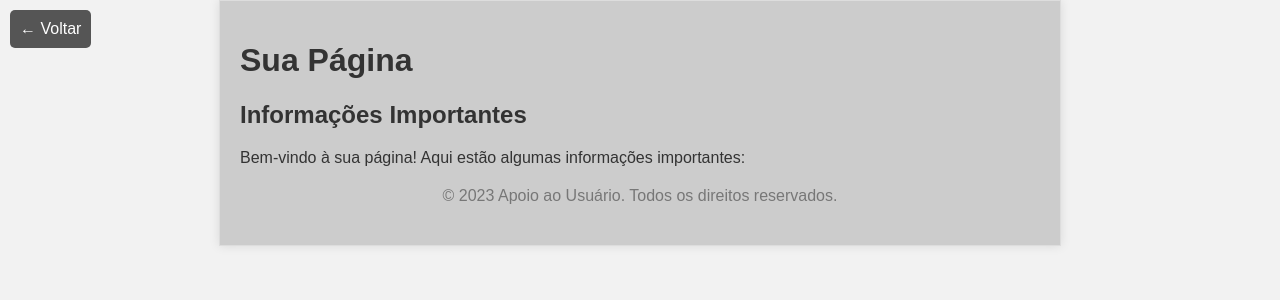
Repository: I4guito/dicasdez
Page: Dicas site/Dicas/banricert.html
The author's editor kept a copy of each file at every save. The page is drawn from the files as they stood at one save, then again after a run of saves.
The browser window is 1280 px wide. The pictures show the whole page.

Above is the page before, as saved 2023-12-06 12:22:18.

### Dicas site/Dicas/banricert.html
<!DOCTYPE html>
<html lang="pt-br">
<head>
    <meta charset="UTF-8">
    <meta name="viewport" content="width=device-width, initial-scale=1.0">
    <link rel="stylesheet" href="padrao.css">
    <script src="/Dicas site/script.js"></script>
    <title>Banrisul (Certificado Digital)Banrisul (Certificado Digital)</title>
</head>
<body>
    <div class="container">
        <header>
        <a href="javascript:history.back()" class="voltar-btn">&#8592; Voltar</a>
            <h1>Sua Página</h1>
        </header>
        <section>
            <h2>Informações Importantes</h2>
            <p>Bem-vindo à sua página! Aqui estão algumas informações importantes:</p>
            <ul>
                <li></li>
                <li></li>
            </ul>
        </section>
        <footer>
            <p>&copy; 2023 Apoio ao Usuário. Todos os direitos reservados.</p>
        </footer>
    </div>
</body>
</html>

### Dicas site/Dicas/padrao.css
body {
    font-family: 'Arial', sans-serif;
    margin: 0;
    padding: 0;
    background-color: #f2f2f2;
    color:#fff
}

.container {
    max-width: 800px;
    margin: 0 auto;
    background-color: #ccc;
    padding: 20px;
    box-shadow: 0 0 10px rgba(0, 0, 0, 0.1);
    border: 1px solid #ddd;
    color: #333;
}

header, section, footer {
    margin-bottom: 20px;
}

header h1, section h2 {
    color: #333;
}

ul {
    list-style: none;
    padding: 0;
}

li {
    margin-bottom: 10px;
}

footer {
    text-align: center;
    color: #777;
}

.voltar-btn {
    position: absolute;
    left: 10px;
    top: 10px;
    text-decoration: none;
    color: #fff;
    font-size: 16px;
    padding: 10px;
    background-color: #555;
    border: none;
    border-radius: 5px;
    cursor: pointer;
    transition: background-color 0.3s;
}

.voltar-btn:hover {
    background-color: #777;
}

img {

    margin-inline: 5cm;
    max-width: 100%;
    border-radius: 3%;
}

.link-instrucoes {
    font-family:cursive;
    width: 50px;
    left: 10px;
    text-decoration: none;
    color: #fff;
    font-size: 25px;
    padding: 3px;
    background-color: #555;
    border: none;
    border-radius: 10px;
    cursor: pointer;
    transition:  background-color 0.3s;
}

.link-instrucoes:hover {
    background-color:#777
}

.step {
    max-width: 800px;
    margin: 0 auto;
    background-color: #333;
    padding: 20px;
    box-shadow: 0 0 10px rgba(0, 0, 0, 0.1);
    border: 1px solid #ddd;
    color: #333;
    margin-bottom: 40px;
    padding: 20px;
    border-radius: 8px;
    box-shadow: 0 4px 8px rgba(0, 0, 0, 0.1);
}



.container img {
    display: block;
    max-width: 35%;
    height: auto;
    display: block;
    margin: 20px auto;
    border-radius: 8px;
    box-shadow: 0 4px 8px rgba(0, 0, 0, 0.1);


}

.image-zoom input[type="checkbox"] {
    display: none;
}

.image-zoom img {
    max-width: 100%;
    height: auto;
    cursor: pointer;
    transition: transform 0.3s ease-in-out;
}

.image-zoom input[type="checkbox"]:checked + img {
    transform: scale(1.5);
}

### Dicas site/script.js
function filterItems() {
    var searchBar = document.getElementById('searchBar');
    var filter = searchBar.value.toUpperCase();

    var columns = document.getElementsByClassName('column');
    for (var i = 0; i < columns.length; i++) {
        var boxes = columns[i].getElementsByClassName('box');
        for (var j = 0; j < boxes.length; j++) {
            var item = boxes[j];
            var textValue = item.textContent || item.innerText;
            if (textValue.toUpperCase().indexOf(filter) > -1) {
                item.style.display = "";
            } else {
                item.style.display = "none";
            }
        }
    }
}

function openPage(pageName) {
    window.location.href = pageName + '.html';
}

const isOpera = navigator.userAgent.indexOf("OPR") > -1;

if (isOpera) {
    document.addEventListener("DOMContentLoaded", function () {
        const containers = document.querySelectorAll(".container");
        containers.forEach(function (container) {
            container.style.backgroundColor = "#005c4b";
            container.style.color = "#333";
        });
    });
}

After the next 2 saves:
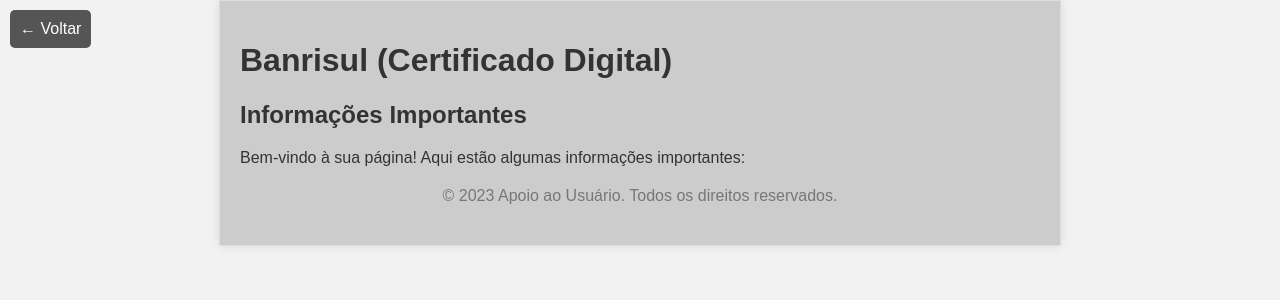
The 2 saves are shown as one change because they came seconds apart.
The last was saved 8 s later.
--- a/Dicas site/Dicas/banricert.html
+++ b/Dicas site/Dicas/banricert.html
@@ -5,13 +5,13 @@
     <meta name="viewport" content="width=device-width, initial-scale=1.0">
     <link rel="stylesheet" href="padrao.css">
     <script src="/Dicas site/script.js"></script>
-    <title>Banrisul (Certificado Digital)Banrisul (Certificado Digital)</title>
+    <title>Banrisul (Certificado Digital) - Dicas 10</title>
 </head>
 <body>
     <div class="container">
         <header>
         <a href="javascript:history.back()" class="voltar-btn">&#8592; Voltar</a>
-            <h1>Sua Página</h1>
+            <h1>Banrisul (Certificado Digital)</h1>
         </header>
         <section>
             <h2>Informações Importantes</h2>
